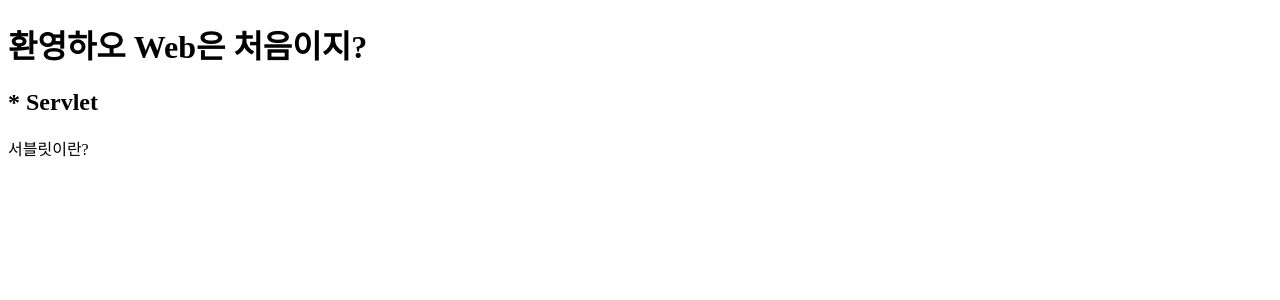
Repository: 1400CP/05_server-workspace1
Page: 1_Servlet/WebContent/index.html
These files come from the project's save history. The page is drawn as it stood at one moment and after a run of saves; the edit follows.
The browser window is 1280 px wide. The pictures show the whole page.

Above is the page before, as saved 2025-02-14 01:33:43.

After the next 2 saves:
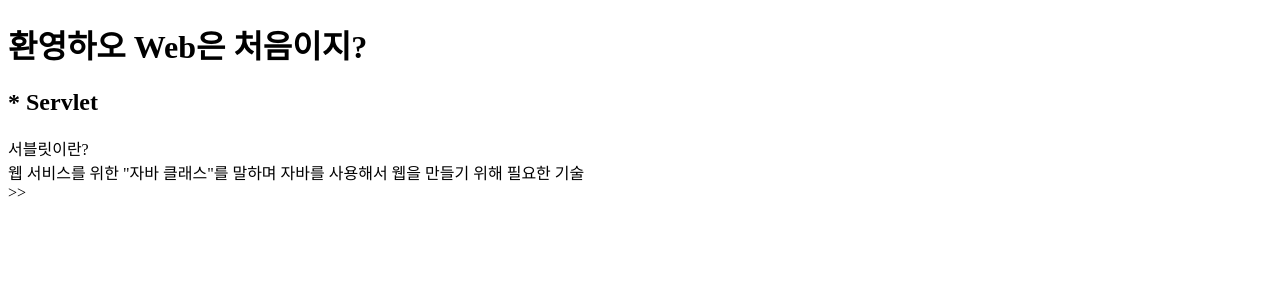
The 2 saves are shown as one change because they came seconds apart.
The last was saved 43 s later.
--- a/1_Servlet/WebContent/index.html
+++ b/1_Servlet/WebContent/index.html
@@ -11,7 +11,9 @@
 	<h2>* Servlet</h2>
 
 	<p>
-		서블릿이란?
+		서블릿이란? <br>
+		웹 서비스를 위한 "자바 클래스"를 말하며 자바를 사용해서 웹을 만들기 위해 필요한 기술 <br>
+		>>
 	</p>
 
 </body>
